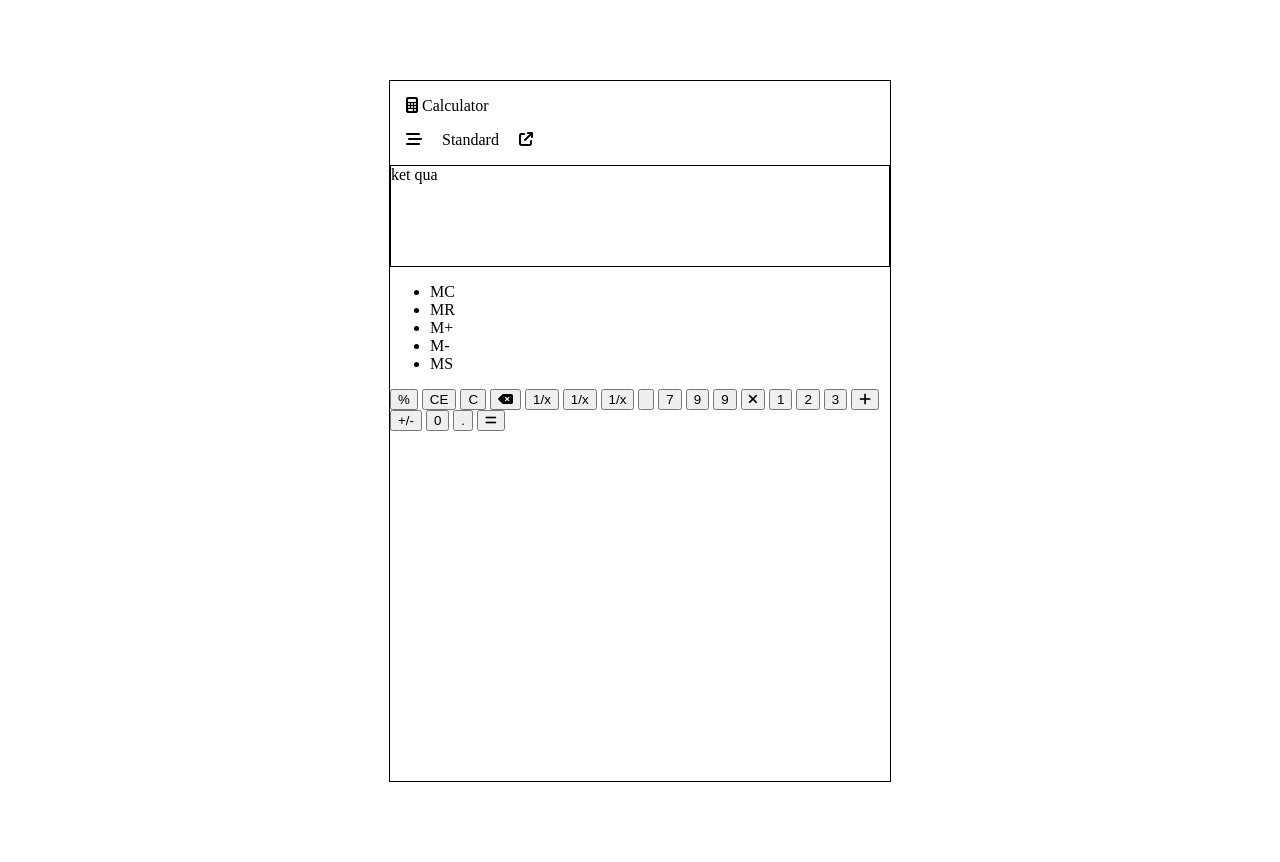
Repository: tungts3qb/Javascript
Page: Calculator/Calculator.html
An editor plug-in stored every save of this project. The page is shown before and after the next save, followed by the edit.
The browser window is 1280 px wide. The pictures show the whole page.

Above is the page before, as saved 2022-12-26 10:54:42.

### Calculator/Calculator.html
<!DOCTYPE html>
<html lang="en">
  <head>
    <meta charset="UTF-8" />
    <meta http-equiv="X-UA-Compatible" content="IE=edge" />
    <meta name="viewport" content="width=device-width, initial-scale=1.0" />
    <link rel="stylesheet" href="./style.css" />
    <link
      rel="stylesheet"
      href="https://cdnjs.cloudflare.com/ajax/libs/font-awesome/6.2.1/css/all.min.css"
      integrity="sha512-MV7K8+y+gLIBoVD59lQIYicR65iaqukzvf/nwasF0nqhPay5w/9lJmVM2hMDcnK1OnMGCdVK+iQrJ7lzPJQd1w=="
      crossorigin="anonymous"
      referrerpolicy="no-referrer"
    />
    <title>Calculator</title>
  </head>
  <body>
    <div class="calculator">
      <div class="calculator-header">
        <i class="fa-solid fa-calculator"></i>
        <span>Calculator</span>
      </div>
      <div class="calculator-nav">
        <i class="fa-solid fa-bars-staggered"></i>
        <span>Standard</span>
        <i class="fa-solid fa-arrow-up-right-from-square"></i>
      </div>
      <div class="caculator-result"><span>ket qua</span></div>
      <div class="calculator-special-function">
        <ul>
          <li>MC</li>
          <li>MR</li>
          <li>M+</li>
          <li>M-</li>
          <li>MS</li>
        </ul>
      </div>
      <div class="calculator-buttons">
        <button class="calculator-button">%</button>
        <button class="calculator-button">CE</button>
        <button class="calculator-button">C</button>
        <button class="calculator-button">
          <i class="fa-solid fa-delete-left"></i>
        </button>
        <button class="calculator-button">1/x</button>
        <button class="calculator-button">1/x</button>
        <button class="calculator-button">1/x</button>
        <button class="calculator-button">
          <i class="fas fa-buttonide"></i>
        </button>
        <button class="calculator-button">7</button>
        <button class="calculator-button">9</button>
        <button class="calculator-button">9</button>
        <button class="calculator-button"><i class="fas fa-times"></i></button>
        <button class="calculator-button">1</button>
        <button class="calculator-button">2</button>
        <button class="calculator-button">3</button>
        <button class="calculator-button"><i class="fas fa-plus"></i></button>
        <button class="calculator-button">+/-</button>
        <button class="calculator-button">0</button>
        <button class="calculator-button">.</button>
        <button class="calculator-button"><i class="fas fa-equals"></i></button>
      </div>
    </div>
    <script src="./script.js"></script>
  </body>
</html>

### Calculator/style.css
.calculator {
  width: 500px;
  height: 700px;
  border: 1px solid black;
  margin: 5rem auto;
}

.calculator-header {
  margin-top: 1rem;
  padding-left: 1rem;
}

.calculator-nav {
  padding-left: 1rem;
  margin-top: 1rem;
}

.calculator-nav span {
  margin-left: 1rem;
  margin-right: 1rem;
}

.caculator-result {
  border: 1px solid black;
  margin-top: 1rem;
  height: 100px;
}

.caculator-result span {
}

Loaded but not shown: Calculator/script.js (no stored copy; drawn as an empty file)

After the next save:
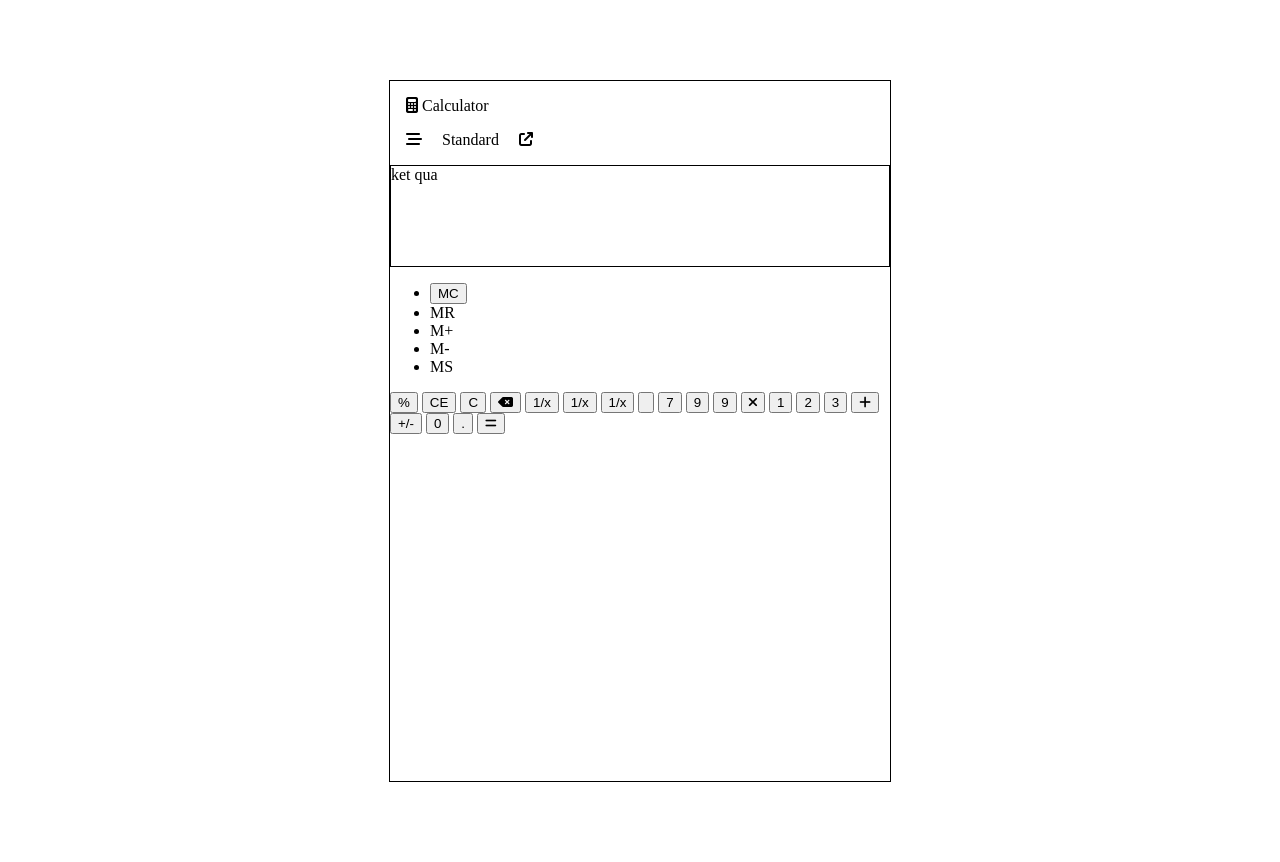
Saved 41 s later.
--- a/Calculator/Calculator.html
+++ b/Calculator/Calculator.html
@@ -28,7 +28,7 @@
       <div class="caculator-result"><span>ket qua</span></div>
       <div class="calculator-special-function">
         <ul>
-          <li>MC</li>
+          <li><button>MC</button></li>
           <li>MR</li>
           <li>M+</li>
           <li>M-</li>
